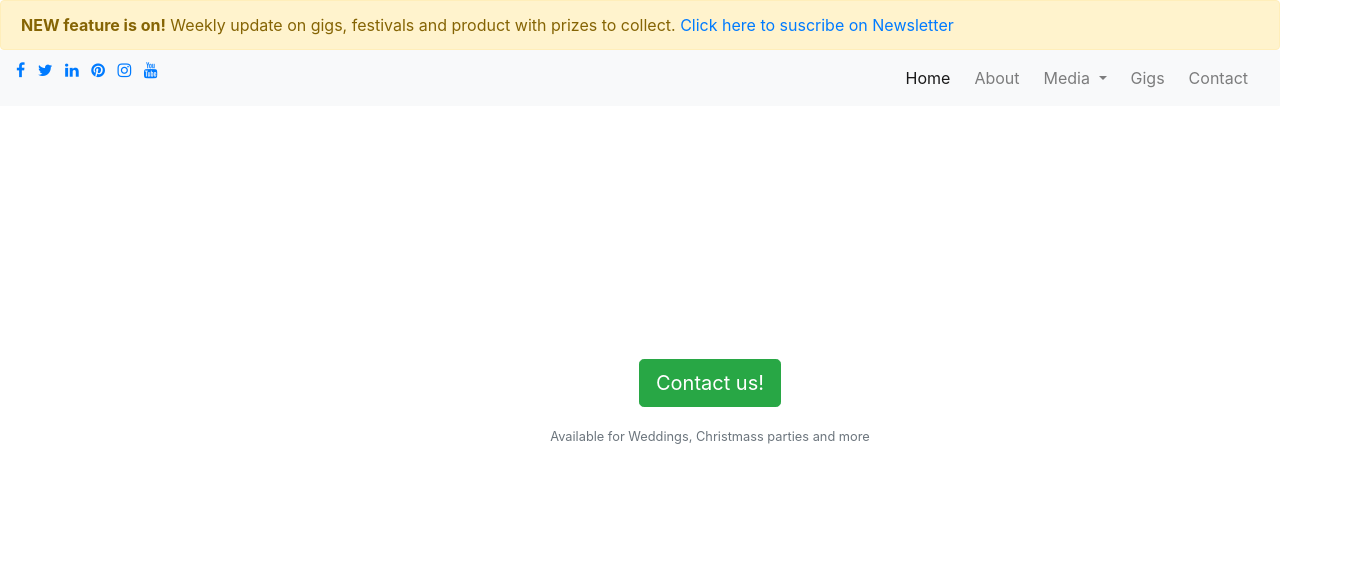
Repository: NamcorStudent/Stream_1_Project_HTML5-CSS3
Page: index.html
The author's editor kept a record of every edit. The page is drawn from the files as they stood at one moment, then again after the next edit.
The browser window is 1280 px wide. The page is 1350 px wide, so the pictures cover 1350 px, including what lies to the right of the window. The pictures show the whole page.
Some web libraries are served in a nearby version.

Above is the page before.

### index.html
<!DOCTYPE html>
<html lang="en">

<head>
    <meta charset="UTF-8">
    <meta name="viewport" content="width=device-width, initial-scale=1.0">
    <meta http-equiv="X-UA-Compatible" content="ie=edge">
    <link rel="stylesheet" href="https://maxcdn.bootstrapcdn.com/bootstrap/4.2.1/css/bootstrap.min.css" type="text/css" />
    <link rel="stylesheet" href="https://maxcdn.bootstrapcdn.com/font-awesome/4.7.0/css/font-awesome.min.css" type="text/css" />
    <link rel="stylesheet" href="assets/css/style.css" type="text/css" />
    <title>The Bambi Molesters | Official</title>
</head>

<body>
 <!--Alert for subscription-->
    <div class="container-fluid alert-container">
        <div class="row d-none d-sm-block">
            <div class="col-12">
                <div class="alert alert-warning">
                    <strong>NEW feature is on!</strong> Weekly update on gigs, festivals and product with prizes to collect. <a href="#" data-toggle="modal" data-target="#signUpModal">Click here to suscribe on Newsletter</a>
                </div>
            </div>
        </div>
    </div>
    <!--Nav-->
    <nav class="navbar navbar-light navbar-expand-sm bg-light">
        <div class="social-links mr-auto">
            <ul class="list-inline social-links">
                <li class="list-inline-item">
                    <a target="_blank" href="#">
                            <i class="fa fa-facebook" aria-hidden="true"></i>
                            <span class="sr-only">Facebook</span>
                        </a>
                </li>
                <li class="list-inline-item">
                    <a target="_blank" href="#">
                            <i class="fa fa-twitter" aria-hidden="true"></i>
                            <span class="sr-only">Twitter</span>
                        </a>
                </li>
                <li class="list-inline-item">
                    <a target="_blank" href="#">
                            <i class="fa fa-linkedin" aria-hidden="true"></i>
                            <span class="sr-only">LinkedIn</span>
                        </a>
                </li>
                <li class="list-inline-item">
                    <a target="_blank" href="#">
                            <i class="fa fa-pinterest" aria-hidden="true"></i>
                            <span class="sr-only">Pinterest</span>
                        </a>
                </li>
                <li class="list-inline-item">
                    <a target="_blank" href="#">
                            <i class="fa fa-instagram" aria-hidden="true"></i>
                            <span class="sr-only">Instagram</span>
                        </a>
                </li>
                <li class="list-inline-item">
                    <a target="_blank" href="#">
                            <i class="fa fa-youtube" aria-hidden="true"></i>
                            <span class="sr-only">YouTube</span>
                        </a>
                </li>
            </ul>
        </div>
        <button class="navbar-toggler" type="button" data-toggle="collapse" data-target="#navbarTogglerDropdown" aria-controls="navbarTogglerDemo02" aria-expanded="false" aria-label="Toggle navigation">
            <span class="navbar-toggler-icon"></span>
            </button>

        <div class="collapse navbar-collapse" id="navbarTogglerDropdown">
            <ul class="navbar-nav ml-auto">
                <li class="active nav-item mr-2"><a class="nav-link" href="/">Home</a></li>
                <li class="nav-item mr-2"><a class="nav-link" href="">About</a></li>
                <li class="nav-item dropdown mr-2">
                    <a class="nav-link dropdown-toggle" href="#" id="navbarDropdownMenuLink" role="button" data-toggle="dropdown" aria-haspopup="true" aria-expanded="false">
          Media
        </a>
                    <div class="dropdown-menu" aria-labelledby="navbarDropdownMenuLink">
                        <a class="dropdown-item" href="#">Video</a>
                        <a class="dropdown-item" href="#">Music</a>
                        <a class="dropdown-item" href="#">Gallery</a>
                    </div>
                </li>
                <li class="nav-item mr-2"><a class="nav-link" href="">Gigs</a></li>
                <li class="nav-item mr-2"><a class="nav-link" href="">Contact</a></li>
                <li class="nav-item mr-2 d-block d-sm-none"><a class="nav-link" href="#" data-toggle="modal" data-target="#signUpModal">Suscribe!!!</a></li>
            </ul>
        </div>
    </nav>


    <!-- Callout -->
    <div class="container callout-container">

        <div class="row">
            <div class=" col-12 callout jumbotron text-center">
                <h1>Special occasion comming up?</h1>
                <p class="lead">Get world's best surf band to make the groove.</p>
                <p><button class="btn btn-lg btn-success" data-toggle="modal" data-target="#signUpModal">Contact us!</button></p>
                <p class="text-muted"><small>Available for Weddings, Christmass parties and more</small></p>
            </div>
        </div>
    </div>
    <!-- /.callout -->

    <!---Modal for subscription-->
    <div class="modal" tabindex="-1" role="dialog" id="signUpModal">
        <div class="modal-dialog" role="document">
            <div class="modal-content">
                <div class="modal-header">
                    <h5 class="modal-title">Sign Up To Whiskey Drop!</h5>
                    <button type="button" class="close" data-dismiss="modal" aria-label="Close">
          <span aria-hidden="true">&times;</span>
        </button>
                </div>
                <div class="modal-body">
                    <form>
                        <div class="form-group">
                            <label for="exampleInputEmail1">Email address</label>
                            <input type="email" class="form-control" id="exampleInputEmail1" aria-describedby="emailHelp" placeholder="Enter email">
                            <small id="emailHelp" class="form-text text-muted">We'll never share your email with anyone else.</small>
                        </div>
                        <div class="form-group">
                            <label for="password">Password</label>
                            <input type="password" class="form-control" id="password" placeholder="Password">
                        </div>
                        <div class="form-group">
                            <label for="repeatPassword">Repeat Password</label>
                            <input type="password" class="form-control" id="repeatPassword" placeholder="Repeat Password">
                        </div>
                        <button type="submit" class="btn btn-success">Submit</button>
                    </form>
                </div>
            </div>
        </div>
    </div>

    <script src="https://code.jquery.com/jquery-3.3.1.slim.min.js" integrity="sha384-q8i/X+965DzO0rT7abK41JStQIAqVgRVzpbzo5smXKp4YfRvH+8abtTE1Pi6jizo" crossorigin="anonymous"></script>
    <script src="https://cdnjs.cloudflare.com/ajax/libs/popper.js/1.14.7/umd/popper.min.js" integrity="sha384-UO2eT0CpHqdSJQ6hJty5KVphtPhzWj9WO1clHTMGa3JDZwrnQq4sF86dIHNDz0W1" crossorigin="anonymous"></script>
    <script src="https://stackpath.bootstrapcdn.com/bootstrap/4.3.1/js/bootstrap.min.js" integrity="sha384-JjSmVgyd0p3pXB1rRibZUAYoIIy6OrQ6VrjIEaFf/nJGzIxFDsf4x0xIM+B07jRM" crossorigin="anonymous"></script>
</body>

</html>

### assets/css/style.css
@import url('https://fonts.googleapis.com/css?family=Oswald:100,200,300,400,500,600,700,800,900 | Ubuntu: 100,200,300,400,500,600,700,800,900');

.alert-container {
    padding: 0;
    margin: 0;
    border: 0;
}

.alert-warning {
    margin: 0;
}

.nav {
    background-color: #fff;
}

.callout-container {
    /*height: 80vh;*/
    max-height: 450px;
    overflow: hidden;
}

.callout-container img {
    width: 70%;
    margin-left: 25%;
}

.hero-image {
    position: relative;
    left: 0;

}

.jumbotron {
    position: absolute;
    background-color: transparent;
    color: white;
    margin: 0;
    top: 50%;
    -moz-transform: translateY(-50%);
    -webkit-transform: translateY(-50%);
    -o-transform: translateY(-50%);
    transform: translateY(-50%);
}

After the next edit:
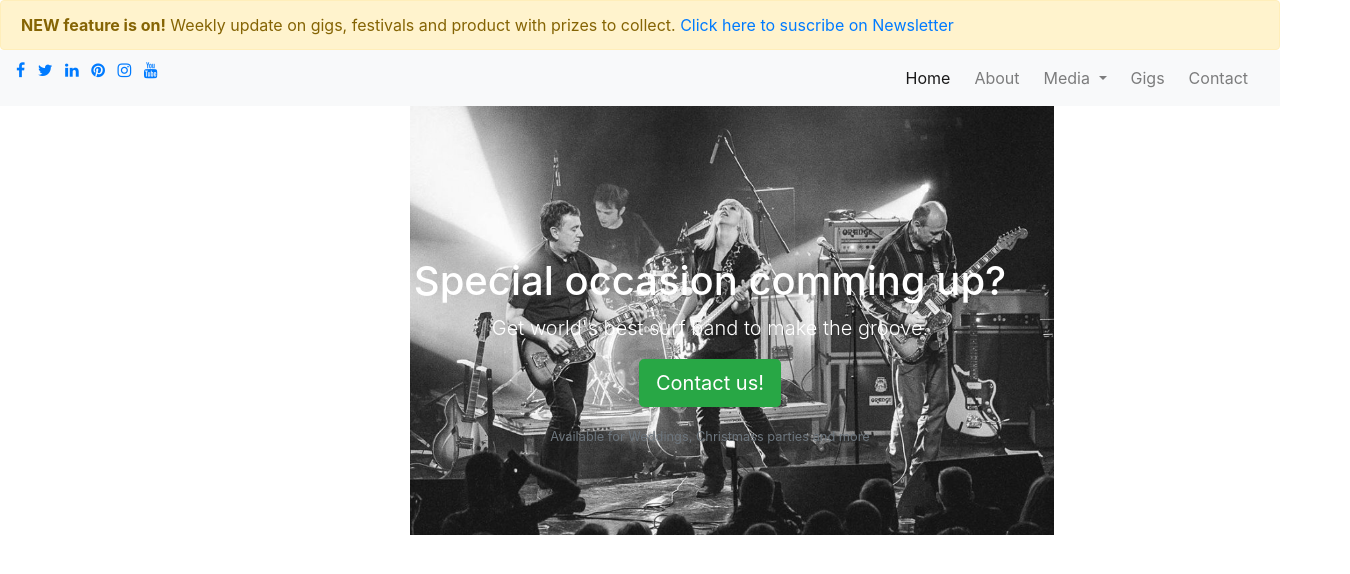
The edit:
--- a/index.html
+++ b/index.html
@@ -12,7 +12,7 @@
 </head>
 
 <body>
- <!--Alert for subscription-->
+    <!--Alert for subscription-->
     <div class="container-fluid alert-container">
         <div class="row d-none d-sm-block">
             <div class="col-12">
@@ -94,6 +94,9 @@
     <div class="container callout-container">
 
         <div class="row">
+            <div class="col-12 col-sm-10 offset-1 hero-image">
+                <img src="assets/images/index960x640.jpg"></img>
+            </div>
             <div class=" col-12 callout jumbotron text-center">
                 <h1>Special occasion comming up?</h1>
                 <p class="lead">Get world's best surf band to make the groove.</p>
